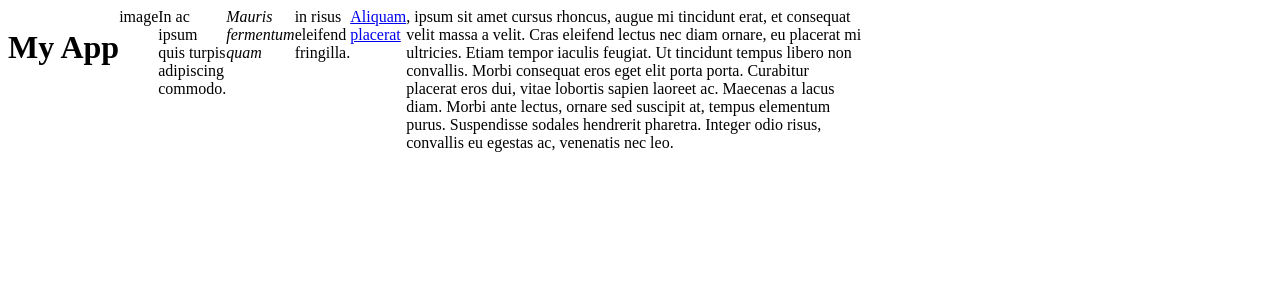
Repository: jmfrank63/FEWDNanoDegree
Page: project1/lesson1/portfolio/toplist/index.html
The author's editor kept a record of every edit. The page is drawn from the files as they stood at one moment, then again after the next edit.
The browser window is 1280 px wide. The pictures show the whole page.

Above is the page before.

### project1/lesson1/portfolio/toplist/index.html
<!DOCTYPE html>
<html>
    <head>
        <title></title>
        <link rel="stylesheet" href="style.css" type="text/css" />
    </head>
    <body>
        <h1 class="title">My App</h1>
        <div class="app">
            <div class="screenshot">image</div>
            <div class="description">In ac ipsum quis turpis adipiscing commodo. <em>Mauris fermentum quam</em> in risus eleifend fringilla. <a href="#">Aliquam placerat</a>, ipsum sit amet cursus rhoncus, augue mi tincidunt erat, et consequat velit massa a velit. Cras eleifend lectus nec diam ornare, eu placerat mi ultricies. Etiam tempor iaculis feugiat. Ut tincidunt tempus libero non convallis. Morbi consequat eros eget elit porta porta. Curabitur placerat eros dui, vitae lobortis sapien laoreet ac. Maecenas a lacus diam. Morbi ante lectus, ornare sed suscipit at, tempus elementum purus. Suspendisse sodales hendrerit pharetra. Integer odio risus, convallis eu egestas ac, venenatis nec leo.</div>
        </div>
    </body>
</html>

### project1/lesson1/portfolio/toplist/style.css
* {
    /*outline: 1px solid red !important;*/
    display: flex;
}

* {
    -webkit-box-sizing: border-box;
    -moz-box-sizing: border-box;
    -ms-box-sizing: border-box;
    box-sizing: border-box;
}

.screenshot {
    max-width: 640px;
}

.description {
    max-width: 705px;
}

After the next edit:
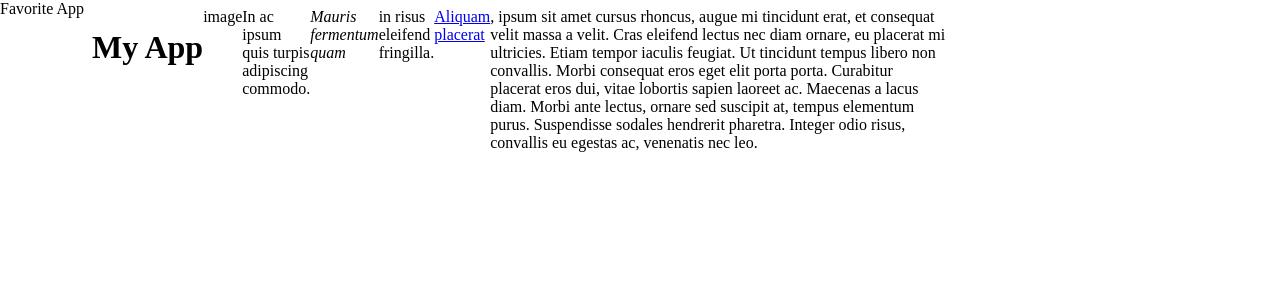
The edit:
--- a/project1/lesson1/portfolio/toplist/index.html
+++ b/project1/lesson1/portfolio/toplist/index.html
@@ -1,7 +1,7 @@
 <!DOCTYPE html>
 <html>
     <head>
-        <title></title>
+        <title>Favorite App</title>
         <link rel="stylesheet" href="style.css" type="text/css" />
     </head>
     <body>
